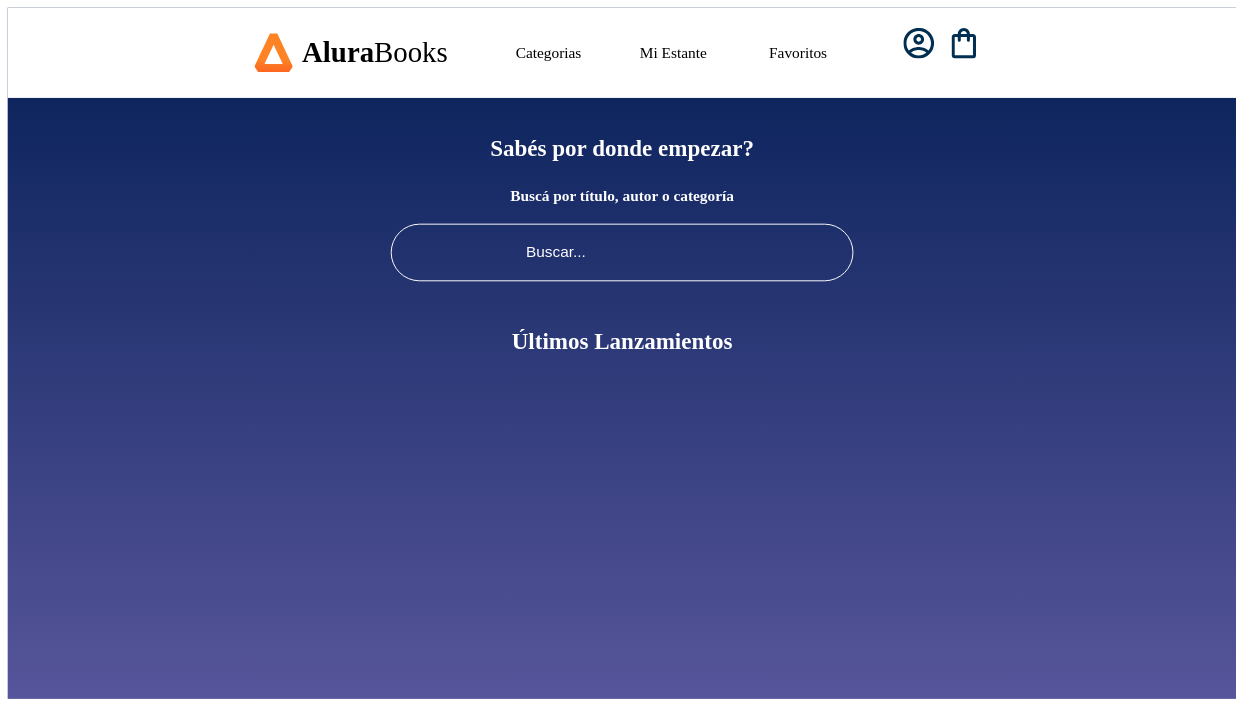
Repository: SandroG1977/Alura.Books
Page: /
These files come from the project's save history. The page is drawn as it stood at one moment and after a run of saves; the edit follows.
The browser window is 1280 px wide. The page is 1288 px wide, so the pictures cover 1288 px, including what lies to the right of the window. The pictures show the whole page, at 96% of full size.
The project was rebuilt for these pictures with package versions that can differ from the ones it lists, and the page was loaded fresh each time.

Above is the page before, as saved 2026-04-09 17:07:17.

### src/index.js
import React from 'react';
import ReactDOM from 'react-dom/client';
import App from './App';
import reportWebVitals from './reportWebVitals';
import { createGlobalStyle } from 'styled-components';

const GlobalStyle = createGlobalStyle`
    body {
      margin: 0;
      font-family: -apple-system, BlinkMacSystemFont, 'Segoe UI', 'Roboto', 'Oxygen',
        'Ubuntu', 'Cantarell', 'Fira Sans', 'Droid Sans', 'Helvetica Neue',
        sans-serif;
      -webkit-font-smoothing: antialiased;
      -moz-osx-font-smoothing: grayscale;
    }

    code {
      font-family: source-code-pro, Menlo, Monaco, Consolas, 'Courier New',
        monospace;
    }

    li{
      list-style: none;
    }
`;

const root = ReactDOM.createRoot(document.getElementById('root'));
root.render(
  <React.StrictMode>
    <App />
  </React.StrictMode>
);

// If you want to start measuring performance in your app, pass a function
// to log results (for example: reportWebVitals(console.log))
// or send to an analytics endpoint. Learn more: https://bit.ly/CRA-vitals
reportWebVitals();

### src/App.js
import styled from 'styled-components';
import Header from './components/Header';
import Search from './components/Search';
import UltimosLanzamientos from './components/UltimoLanzamientos';

const AppContainer = styled.div`
  width: 100vw;
  height: 100vh;
  background-image: linear-gradient(to bottom, #031e55, #57559b);


li{
    list-style: none;
}
`;

function App() {
  return (
    <AppContainer>
      <Header />
      <Search />
      <UltimosLanzamientos />
    </AppContainer>
  );
}

export default App;

### src/components/Header/index.js
import Logo from '../logo';
import OptionsHeader from '../OptionsHeader';
import IconesHeader from '../IconosHeader';
import styled from 'styled-components';

const HeaderContainer = styled.header`
    background-color: white;
    display: flex;
    justify-content: center;
`;

function Header() {
    return (
        <HeaderContainer>
            <Logo />
            <OptionsHeader />
            <IconesHeader />
        </HeaderContainer>
    );
}

export default Header;

### src/components/Search/index.js
import { useState } from 'react';
import Input from '../Input';
import styled from 'styled-components';

import livro from '../../images/livro.png'

export const livros = [
    { nome: 'Liderança em Design', id: 1, src: livro },
    { nome: 'JavaScript Assertivo', id: 2, src: livro },
    { nome: 'Cangaceiro em JavaScript', id: 3, src: livro },
    { nome: 'Aventureiros do Java', id: 4, src: livro },
]

const SearchContainer = styled.section`
    display: flex;
    flex-direction: column;
    align-items: center;
    justify-content: center;
    padding: 20px;
`;

const Titulo = styled.h2`
    font-size: 24px;
    color: #FFF;
    margin-bottom: 10px;
`;

const Subtitulo = styled.h3`
    font-size: 16px;
    color: #FFF;
    margin-bottom: 20px;
`;

const ResultadosContainer = styled.div`
    display: flex;
    justify-content: center;
    align-items: center;
    margin-bottom: 20px;
    gap: 20px;
    cursor: pointer;

    img {
        width: 100px;
    }

    p { width: 200px; text-align: center; color: #FFF; }

    &:hover {
            transform: scale(1.05);
            transition: transform 0.2s ease-in-out;
        border: 1px solid white;
    }
`;

function Search() {
    const [librosEncontrados, setLibrosEncontrados] = useState([]);
    return (
        <SearchContainer>
            <Titulo>Sabés por donde empezar?</Titulo>
            <Subtitulo>Buscá por título, autor o categoría</Subtitulo>
            <Input
                placeholder="Buscar..."
                onBlur={event => {

                    const query = event.target.value.toLowerCase();
                    const encontrados = livros.filter(livro =>
                        livro.nome.toLowerCase().includes(query)
                    );
                    setLibrosEncontrados(encontrados);
                }
                }
            />
            {librosEncontrados.map(livro => {
                return (
                    <ResultadosContainer key={livro.id}>
                        <img src={livro.src} alt={livro.nome} /><p>{livro.nome}</p>

                    </ResultadosContainer>
                );
            })}

        </SearchContainer>
    );
}

export default Search;

### src/components/UltimoLanzamientos/index.js
import styled from 'styled-components';

import livro from '../../images/livro2.png';

export const livros = [
    { nome: 'Liderança em Design', src: livro, id: 1 },
    { nome: 'Cangaceiro JavaScript', src: livro, id: 3 },
    { nome: 'Apache Kafka e Spring Boot', src: livro, id: 4 }
]

const Titulo = styled.h2`
    font-size: 24px;
    color: #FFF;
    margin-bottom: 10px;
    text-align: center;
`;


function UltimosLanzamientos() {
    return (
        <Titulo>Últimos Lanzamientos</Titulo>
    );
}

export default UltimosLanzamientos;

### src/components/logo/index.js
import logo from '../../images/logo.svg';
import styled from 'styled-components';

const LogoContainer = styled.div`
    display: flex;
    font-size: 30px;
    margin-left: 5px;
`;

const LogoImage = styled.img`
    width: 40px;
    margin-right: 10px;
`;


function Logo() {
    return (
        <LogoContainer>
            <LogoImage src={logo} alt="Logo Alura Books" />
            <p><strong>Alura</strong>Books</p>
        </LogoContainer>
    );
}

export default Logo;

### src/components/OptionsHeader/index.js

import styled from 'styled-components';

const OpcionesContainer = styled.ul`
    display: flex;
`;

const Opcion = styled.li`
    font-size: 16px;
    display: flex;
    justify-content: center;
    align-items: center;
    text-align: center;
    height: 100%;
    padding: 0 5px;
    cursor: pointer;
    min-width: 120px;
`;



const textoOpciones = ['Categorias', 'Mi Estante', 'Favoritos'];


function OptionsHeader() {
    return (
        <OpcionesContainer>
            {textoOpciones.map((opcion, index) => (
                <Opcion key={index}><p>{opcion}</p></Opcion>
            ))}
        </OpcionesContainer>
    );
}

export default OptionsHeader;

### src/components/IconosHeader/index.js
import perfil from '../../images/perfil.svg';
import carrito from '../../images/sacola.svg';
import styled from 'styled-components';

const IconosContainer = styled.ul`
    display: flex;
`;

const Icono = styled.li`
    width: 40px;
    margin:5px;
`;

const iconosOpciones = [perfil, carrito];

function IconesHeader() {
    return (
        <IconosContainer>
            {iconosOpciones.map((icono, index) => (
                <Icono><img src={icono} alt={`Icono ${index}`} /></Icono>
            ))}
        </IconosContainer>
    );
}

export default IconesHeader;

### src/components/Input/index.js
import syled from 'styled-components';

const Input = syled.input`
    border: 1px solid #FFF;
    background: transparent;
    border: 1px solid #FFF;
    padding: 20px 140px;
    border-radius: 50px;
    width: 200px;
    color: #FFF;
    font-size: 16px;
    margin-bottom: 10px;

    &::placeholder {
            color: #FFF;
            font-size: 16px;
    }
`;


export default Input;

Loaded but not shown: public/index.html (common file); src/reportWebVitals.js (common file)

After the next 2 saves:
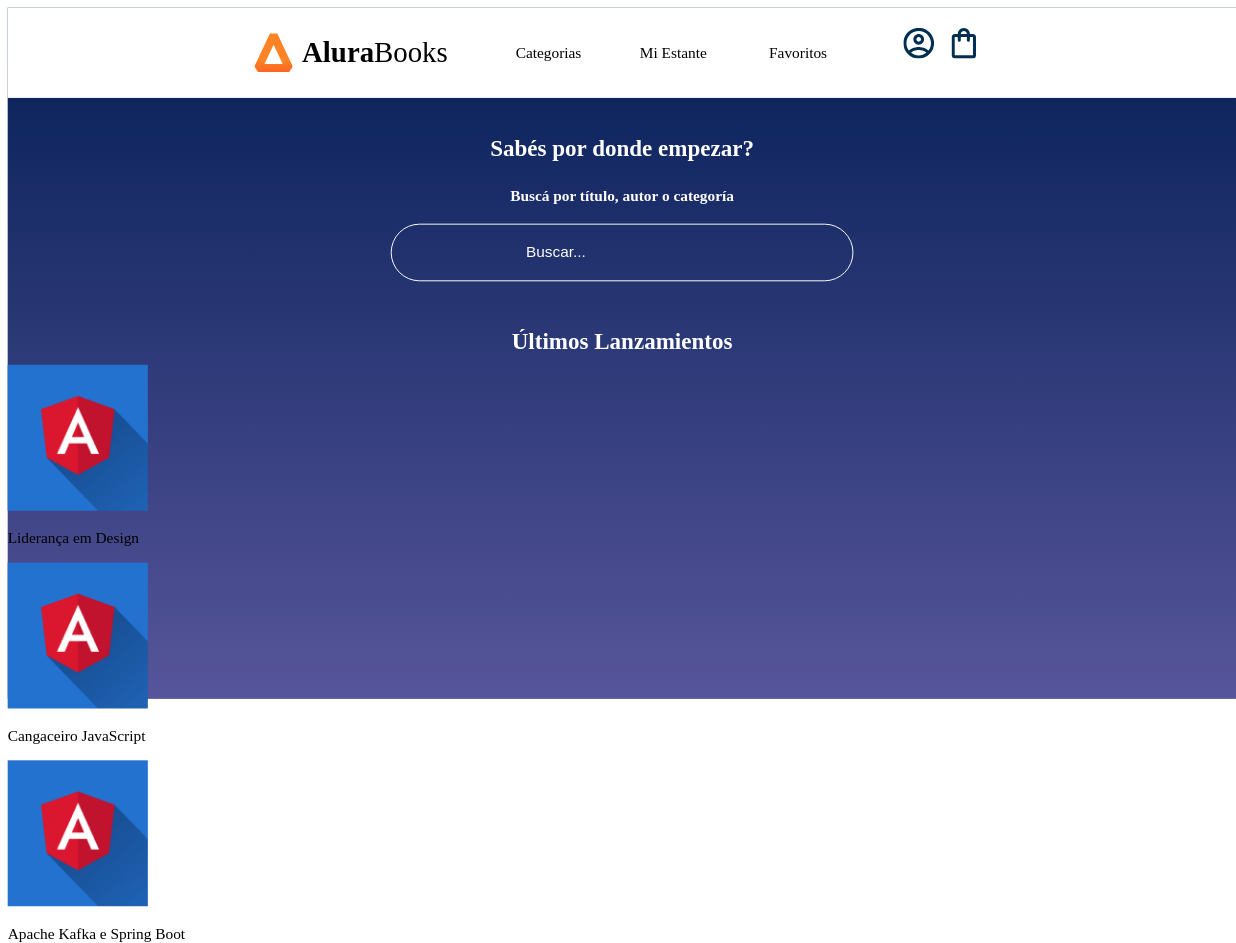
The 2 saves are shown as one change because 1 did not build or start.
The last was saved 6 min 56 s later.
--- a/src/components/UltimoLanzamientos/index.js
+++ b/src/components/UltimoLanzamientos/index.js
@@ -18,7 +18,19 @@
 
 function UltimosLanzamientos() {
     return (
-        <Titulo>Últimos Lanzamientos</Titulo>
+        <div>
+            <Titulo>Últimos Lanzamientos</Titulo>
+            <div>
+                {livros.map(livro => {
+                    return (
+                        <div key={livro.id}>
+                            <img src={livro.src} alt={livro.nome} />
+                            <p>{livro.nome}</p>
+                        </div>
+                    );
+                })}
+            </div>
+        </div>
     );
 }
 
